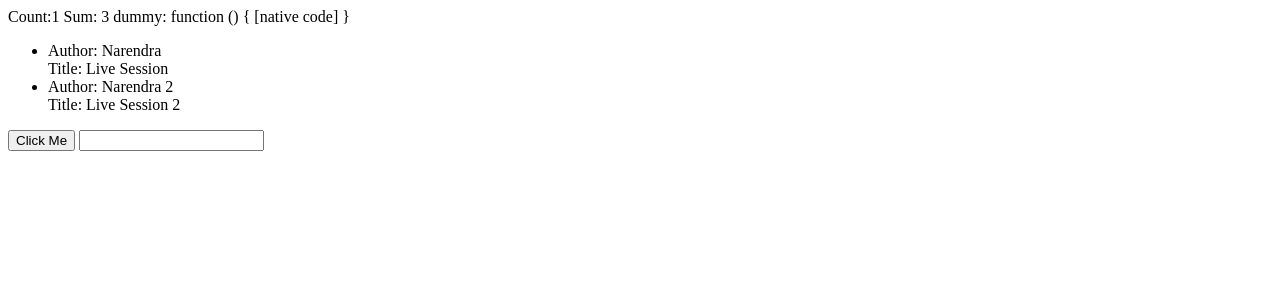
Repository: narendraiitm/may-2023-live-sessions
Page: index.html
An editor plug-in stored every save of this project. The page is shown before and after the next save, followed by the edit.
The browser window is 1280 px wide. The pictures show the whole page.

Above is the page before, as saved 2023-06-27 21:34:44.

### index.html
<!DOCTYPE html>
<html lang="en">
  <head>
    <meta charset="UTF-8" />
    <meta http-equiv="X-UA-Compatible" content="IE=edge" />
    <meta name="viewport" content="width=device-width, initial-scale=1.0" />
    <title>Document</title>
    <style>
      .danger {
        color: red;
      }
      .success {
        font-size: 1.5em;
      }
    </style>
  </head>
  <body>
    <div id="app"></div>
    <script src="https://cdn.jsdelivr.net/npm/vue@2/dist/vue.js"></script>
    <script src="./app.js"></script>
  </body>
</html>

### app.js
new Vue({
  // options object
  el: '#app',
  template: `
  <div>
    Count:{{count}}
    Sum: {{sum}}
    dummy: {{increeseCount}}
    <ul>
       <li v-for='blog in blogs'>
        <div>Author: {{blog.author}}</div>
        <div>Title: {{blog.title}}</div>
       </li>
    </ul>
    <button @click = 'increeseCount'>Click Me</button>
    <input v-model='name'></input>
  </div>
  `,
  data: {
    blogs: [
      { author: 'Narendra', title: 'Live Session' },
      { author: 'Narendra 2', title: 'Live Session 2' },
    ],
    count: 1,
    a: 1,
    b: 2,
    name: null,
  },
  methods: {
    increeseCount() {
      this.b += 2
    },
  },
  computed: {
    sum() {
      return this.a + this.b
    },
  },
  watch: {
    b(newVal, oldVal) {
      const change = newVal - oldVal
      console.log(change)
    },
  },
})

After the next save:
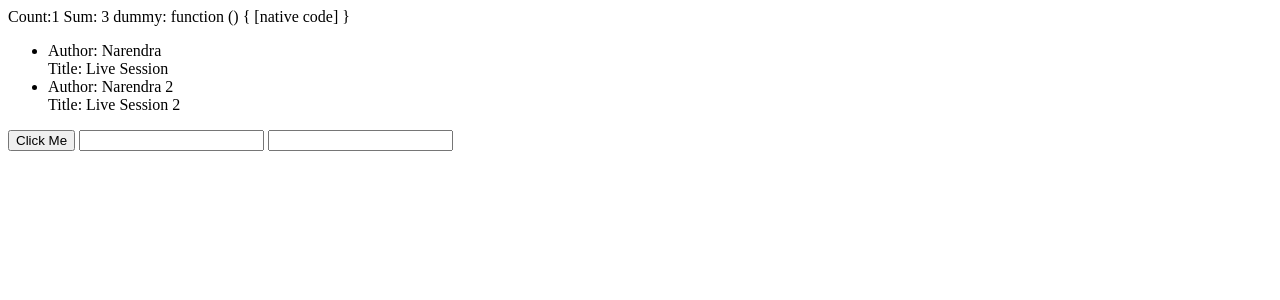
Saved 2 min 7 s later.
--- a/app.js
+++ b/app.js
@@ -14,6 +14,7 @@ new Vue({
     </ul>
     <button @click = 'increeseCount'>Click Me</button>
     <input v-model='name'></input>
+    <input v-bind:value='name'></input>
   </div>
   `,
   data: {
